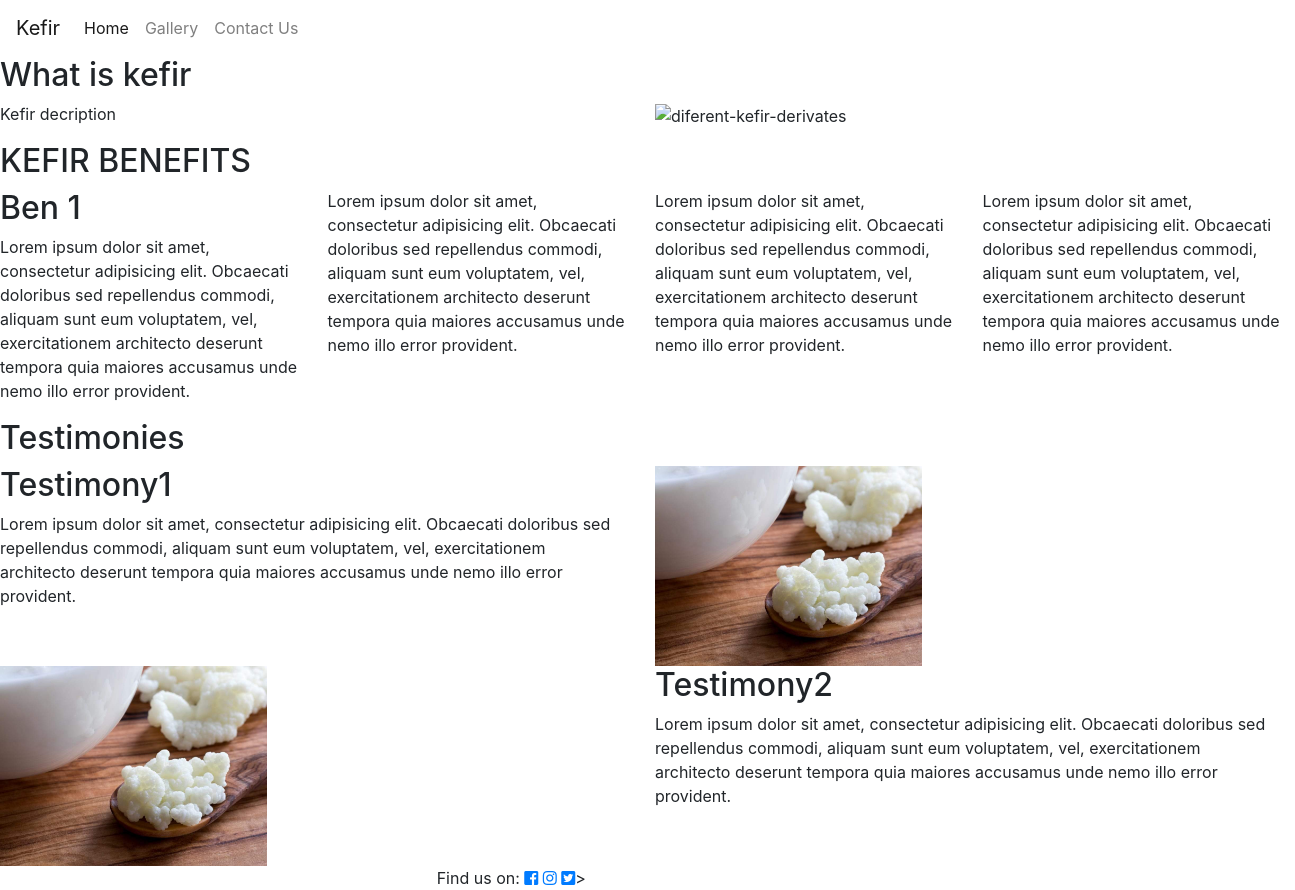
Repository: Code-Institute-Submissions/andna5980-kefir-repo_JuneResub
Page: index.html
An editor plug-in stored every save of this project. The page is shown before and after the next save, followed by the edit.
The browser window is 1280 px wide. The page is 1295 px wide, so the pictures cover 1295 px, including what lies to the right of the window. The pictures show the whole page.
Some web libraries are served in a nearby version.

Above is the page before, as saved 2021-03-01 20:04:47.

After the next save:
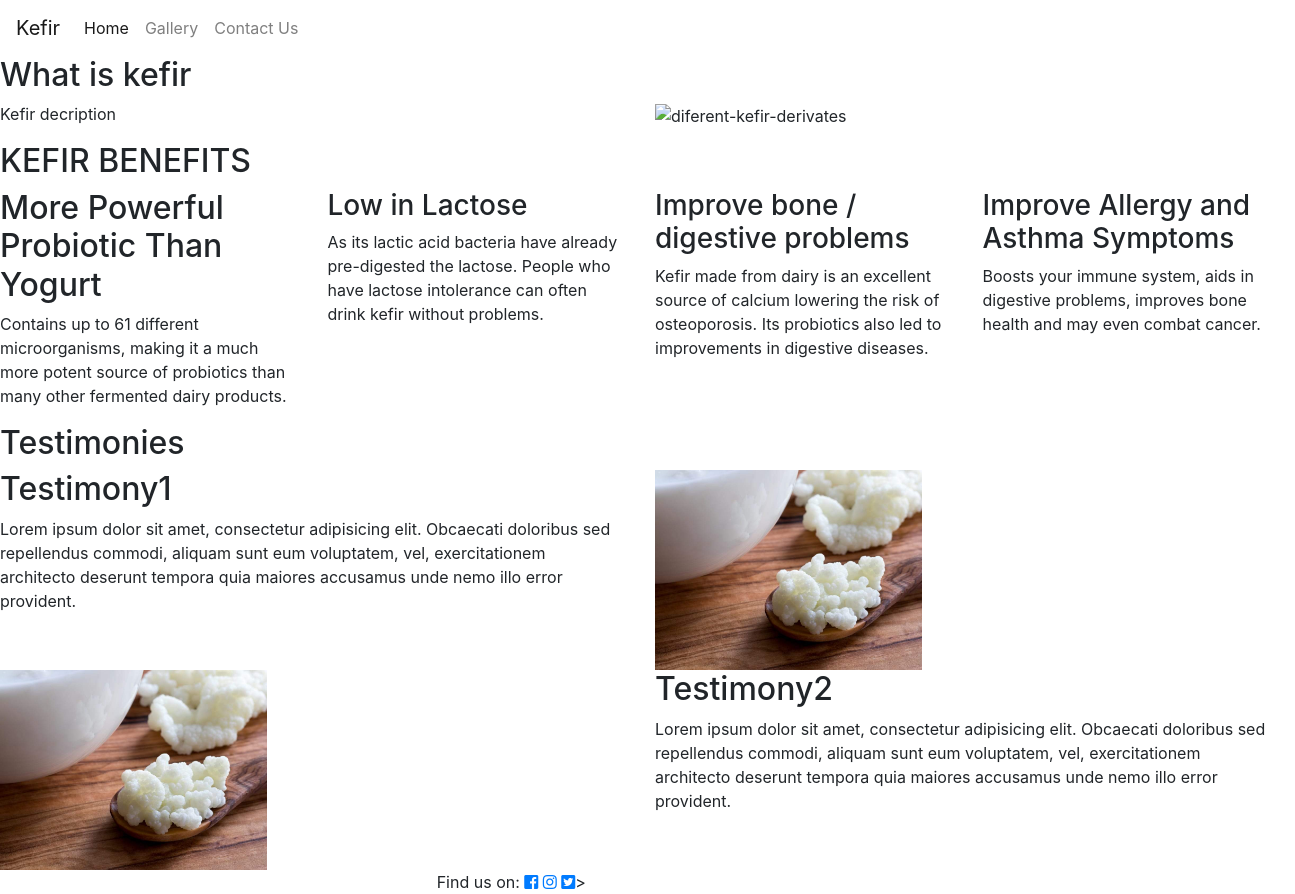
Saved 10 min 57 s later.
--- a/index.html
+++ b/index.html
@@ -82,25 +82,29 @@
 
     <div class=" test-red row">
       <div class="test-blue col-12 col-sm-6 col-md-3">
-        <h2>Ben 1</h2>
-        <p>Lorem ipsum dolor sit amet, consectetur adipisicing elit. Obcaecati doloribus sed repellendus commodi,
-          aliquam sunt eum voluptatem, vel, exercitationem architecto deserunt tempora quia maiores accusamus
-          unde nemo illo error provident.</p>
+        <h2>More Powerful Probiotic Than Yogurt</h2>
+        <p>Contains up to 61 different microorganisms, making it a much
+          more potent source of probiotics than many other fermented dairy products.
+        </p>
       </div>
       <div class="test-blue col-12 col-sm-6 col-md-3">
-        <p>Lorem ipsum dolor sit amet, consectetur adipisicing elit. Obcaecati doloribus sed repellendus commodi,
-          aliquam sunt eum voluptatem, vel, exercitationem architecto deserunt tempora quia maiores accusamus
-          unde nemo illo error provident.</p>
+        <h3>Low in Lactose </h3>
+        <p>As its lactic
+          acid bacteria have already pre-digested the lactose. People who have lactose
+          intolerance can often drink kefir without problems.
+        </p>
+
       </div>
       <div class="test-blue col-12 col-sm-6 col-md-3">
-        <p>Lorem ipsum dolor sit amet, consectetur adipisicing elit. Obcaecati doloribus sed repellendus commodi,
-          aliquam sunt eum voluptatem, vel, exercitationem architecto deserunt tempora quia maiores accusamus
-          unde nemo illo error provident.</p>
+        <h3>Improve bone / digestive problems </h3>
+        <p>Kefir made from dairy is an excellent source of calcium lowering the risk of osteoporosis. Its probiotics
+          also led to improvements in digestive diseases.
+        </p>
       </div>
       <div class="test-blue col-12 col-sm-6 col-md-3">
-        <p>Lorem ipsum dolor sit amet, consectetur adipisicing elit. Obcaecati doloribus sed repellendus commodi,
-          aliquam sunt eum voluptatem, vel, exercitationem architecto deserunt tempora quia maiores accusamus
-          unde nemo illo error provident.</p>
+        <h3>Improve Allergy and Asthma Symptoms</h3>
+        <p>Boosts your immune system, aids in digestive problems, improves bone health and may even combat cancer.
+        </p>
       </div>
     </div>
   </section>
